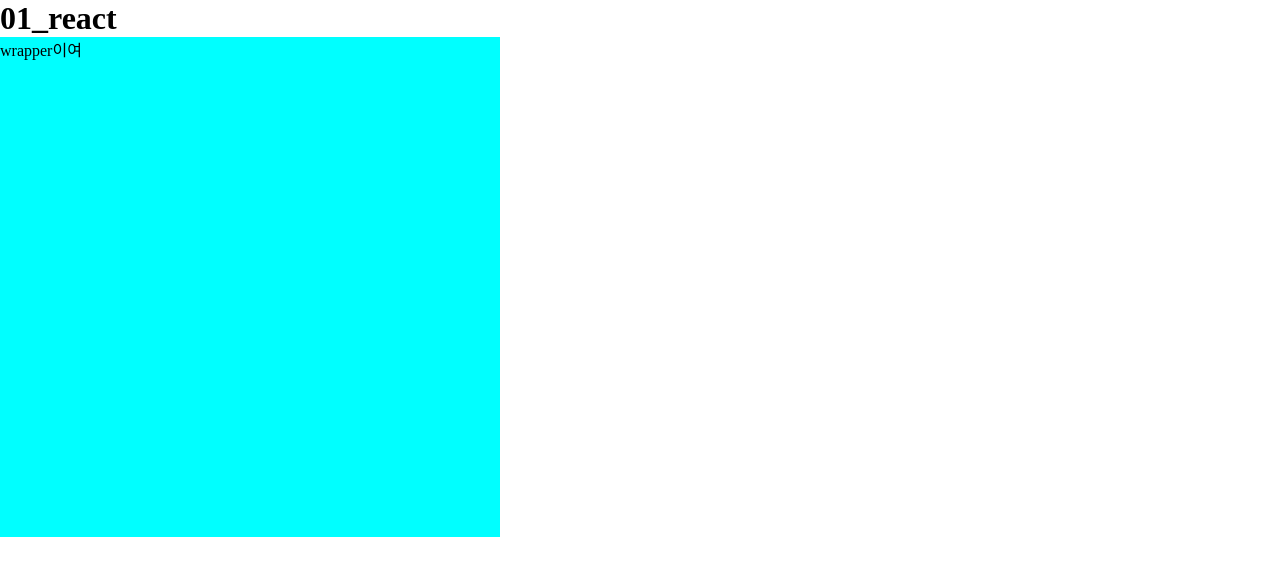
Repository: psun2/Korea-IT-Academy
Page: (back up) _ 오전/study_a/web_work/htmlCssProj/WebContent/react/01_react.html
These files come from the project's save history. The page is drawn as it stood at one moment and after the next save; the edit follows.
The browser window is 1280 px wide. The pictures show the whole page.

Above is the page before, as saved 2020-07-29 06:15:50.

After the next save:
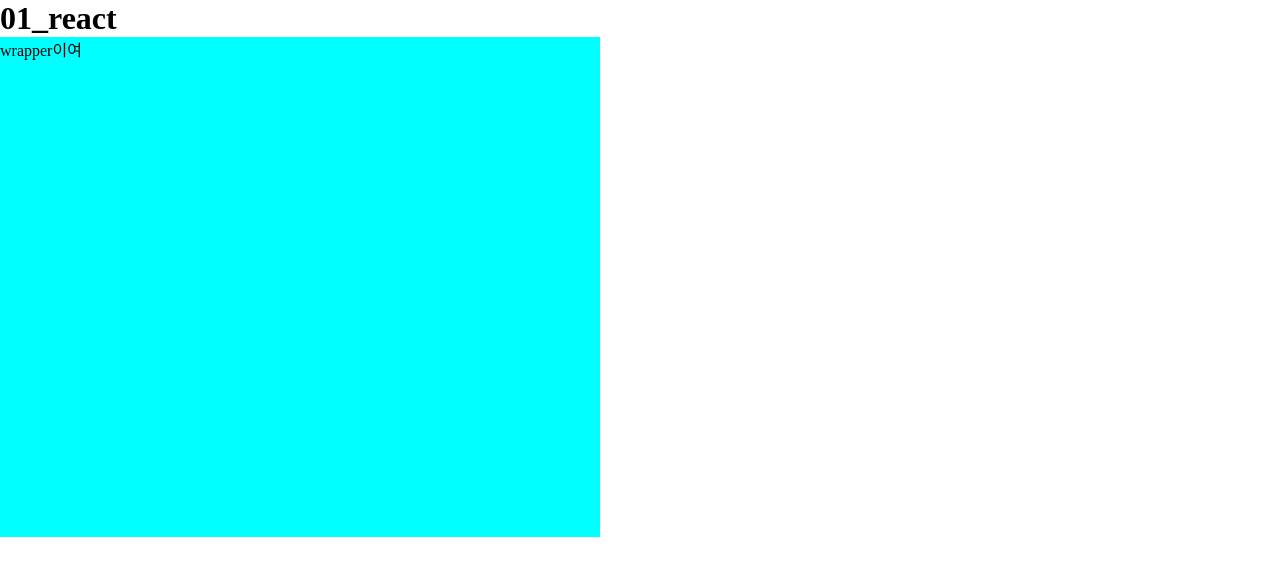
Saved 6 min 22 s later.
--- a/(back up) _ 오전/study_a/web_work/htmlCssProj/WebContent/react/01_react.html
+++ b/(back up) _ 오전/study_a/web_work/htmlCssProj/WebContent/react/01_react.html
@@ -14,7 +14,7 @@ minimum-scale=1.0, maximum-scale=1.0">
 	}
 
 	.wrapper{
-		width:500px;
+		width:600px;
 		height: 500px;
 		background: #ff0;
 
